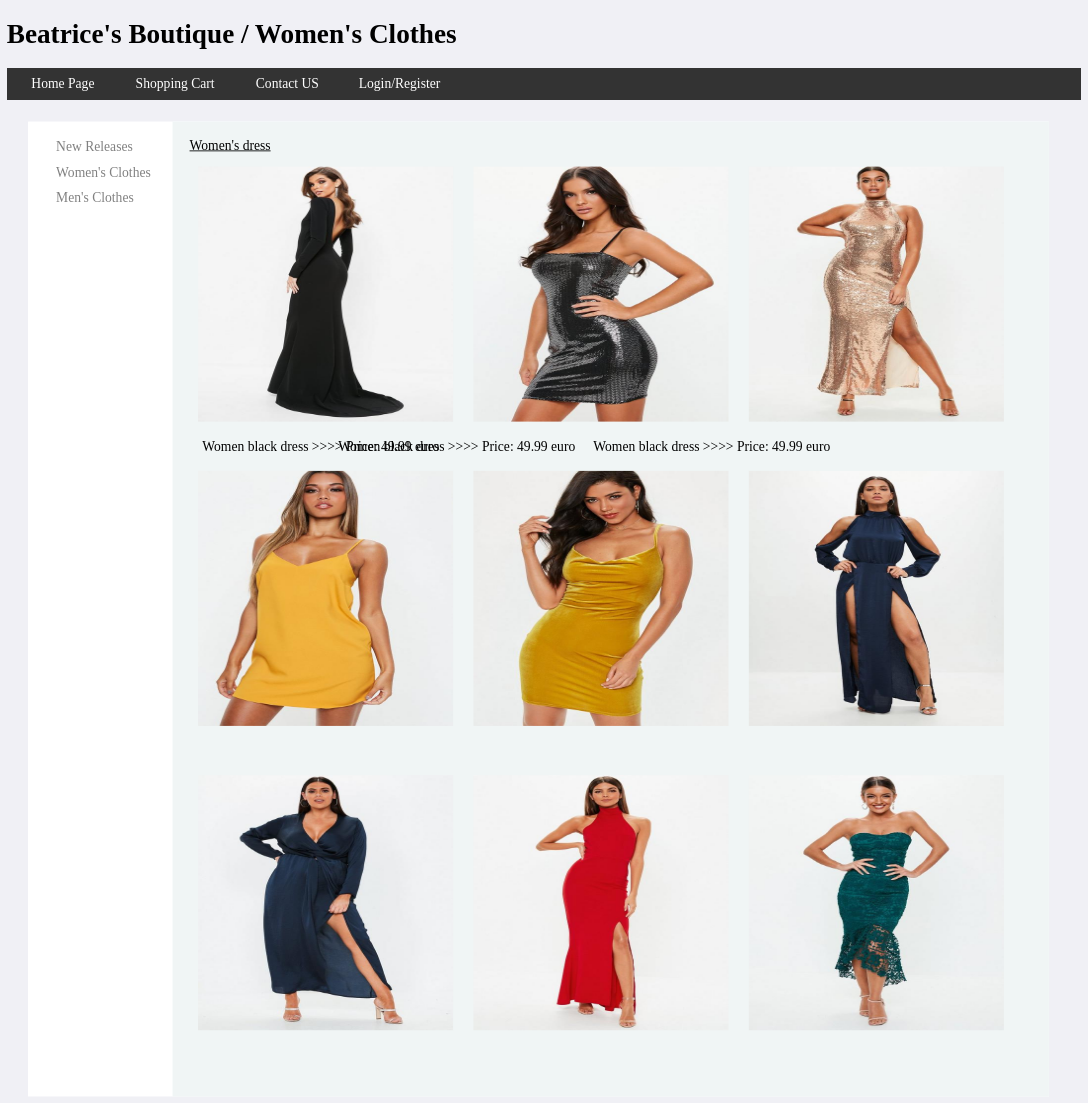
Repository: IosifDobos/Beatrice-Boutique
Page: http://localhost/BeatriceBoutique/womensClothes.jsp
These files come from the project's save history. The page is drawn as it stood at one moment and after the next save; the edit follows.
The browser window is 1280 px wide. The pictures show the whole page, at 85% of full size.
The page is served by Tomcat 9. Other server files are loaded and not shown.

Above is the page before, as saved 2018-12-04 17:41:30.

### BeatriceBoutique/Java/WorkSpace/BeatriceBoutique/WebContent/womensClothes.jsp
<!DOCTYPE html >
<html>
<head>
<meta http-equiv="Content-Type" content="text/html; charset=ISO-8859-1">
<link rel="stylesheet" type="text/css" href="styleSheet.css">
<title>Women's Clothes</title>
</head>
<body>

	<h1>Beatrice's Boutique / Women's Clothes</h1>

	<ul>
		<li><a href="homePage.html">Home Page</a></li>
		<li><a href="shoppingCart.html">Shopping Cart</a></li>
		<li><a href="contact.html">Contact US</a></li>
		<li><a href="login.html">Login/Register</a></li>
	</ul>


	<div class = "container">
		<!-- left side of the container where menu is displayed -->
		<div id="sidemenu">
			<a href="#">New Releases</a>
			<a href="womensClothes.html">Women's Clothes</a>
			<a href="#">Men's Clothes</a>
		</div>
		<!-- right side of the container -->
		<div id="right-side">
			<p><u>Women's dress</u></p>

			<img alt="dress" src="womens-img/black-open-back-maxi-dress.jpg" width="300" height="300" style="margin-left: 10px;">

			<img alt="dress1" src="womens-img/black-sewn-through-disc-bodycon-mini-dress.jpg" width="300" height="300" style="margin-left: 20px;">

			<img alt="dress2" src="womens-img/gold-sequin-choker-maxi-dress.jpg" width="300" height="300" style="margin-left: 20px;">
			<div id="product-1">
				<p>Women black dress >>>>  Price: 49.99 euro</p>
			</div>
			<div id="product-2">
				<p>Women black dress >>>>  Price: 49.99 euro</p>
			</div>
			<div id="product-3">
				<p>Women black dress >>>>  Price: 49.99 euro</p>
			</div>
			<br><br><br><br>
			<img alt="dress3" src="womens-img/mustard-cami-shift-dress.jpg" width="300" height="300" style="margin-left: 10px;">

			<img alt="dress4" src="womens-img/mustard-velvet-cowl-mini-dress.jpg" width="300" height="300" style="margin-left: 20px;">

			<img alt="dress5" src="womens-img/navy-split-front-maxi-dress.jpg" width="300" height="300" style="margin-left: 20px;">

			<br><br><br><br>
			<img alt="dress6" src="womens-img/plus-size-navy-wrap-front-knot-dress.jpg" width="300" height="300" style="margin-left: 10px;">

			<img alt="dress7" src="womens-img/red-choker-maxi-dress.jpg" width="300" height="300" style="margin-left: 20px;">

			<img alt="dress8" src="womens-img/teal-lace-bandeau-bust-cup-midi-dress.jpg" width="300" height="300" style="margin-left: 20px;">

			<br><br><br><br>
		</div>

	</div>

</body>
</html>

### BeatriceBoutique/Java/WorkSpace/BeatriceBoutique/WebContent/styleSheet.css
@charset "UTF-8";

body{
	background-color: #f0f0f5;
}

ul {
	position: -webkit-sticky;
	position: sticky;
    list-style-type: none;
    top: 0;
    margin: 0;
    padding: 0;
    overflow: hidden;
    background-color: #333;
}

li{
	float: left;
}

li a{
	display: block;
	color: white;
	text-align: center;
	padding: 10px 16px;
	text-decoration: none;
	width: 100px;

}

li a:hover {
    background-color: #555;
    color: white;
}

.active {
    background-color: #4CAF50;
    color: white;
}

.container{
	margin-top: 25px;
	margin-left: 25px;
	margin-right: 25px;
	background-color:  white;
	min-height: 400px;
	width: 95%;
}

/*#container:after{
	content: "";
	display: table;
	clear: both;
} */



#sidemenu {
    min-height: 100px;; /* Full-height: remove this if you want "auto" height */
    width: 150px;; /* Set the width of the sidebar */
    position: fixed; /* Fixed Sidebar (stay in place on scroll) */
    z-index: 1; /* Stay on top */
    top: 150px; /* Stay at the top */
    left: 50px;
    background-color: ; /* Black */
    overflow-x: hidden; /* Disable horizontal scroll */
    padding: 8px 0;
}

#sidemenu a {
    padding: 6px 8px 6px 16px;
    text-decoration: none;
    font-size: 16px;
    color: #818181;
    display: block;
}

/* When you mouse over the navigation links, change their color */
#sidemenu a:hover {
    color: #679898;
}

/* Style page content */
#right-side {
    margin-left: 170px; /* Same as the width of the sidebar */
    padding: 3px 5px 20px 20px;
    background-color: #f0f5f5;
    min-height: 300px;
}


/* #right-side{
	float: right;
	margin-right: 20px;
	width: 60%;
} */


#product-1{
	position: absolute;
	margin-left: 15px;
}

#product-2{
	position: absolute;
	margin-left: 175px;
}

#product-3{
	position: absolute;
	margin-left: 475px;
}



/* Responsive layout - when the screen is less than 600px wide, make the two columns stack on top of each other instead of next to each other */
@media screen and (max-width: 600px) {
    .col-25, .col-75, input[type=submit] {
        width: 100%;
        margin-top: 0;
    }
}

@media screen and (max-height: 450px) {
    #sidemenu {padding-top: 15px;}
    #sidemenu a {font-size: 18px;}
}

After the next save:
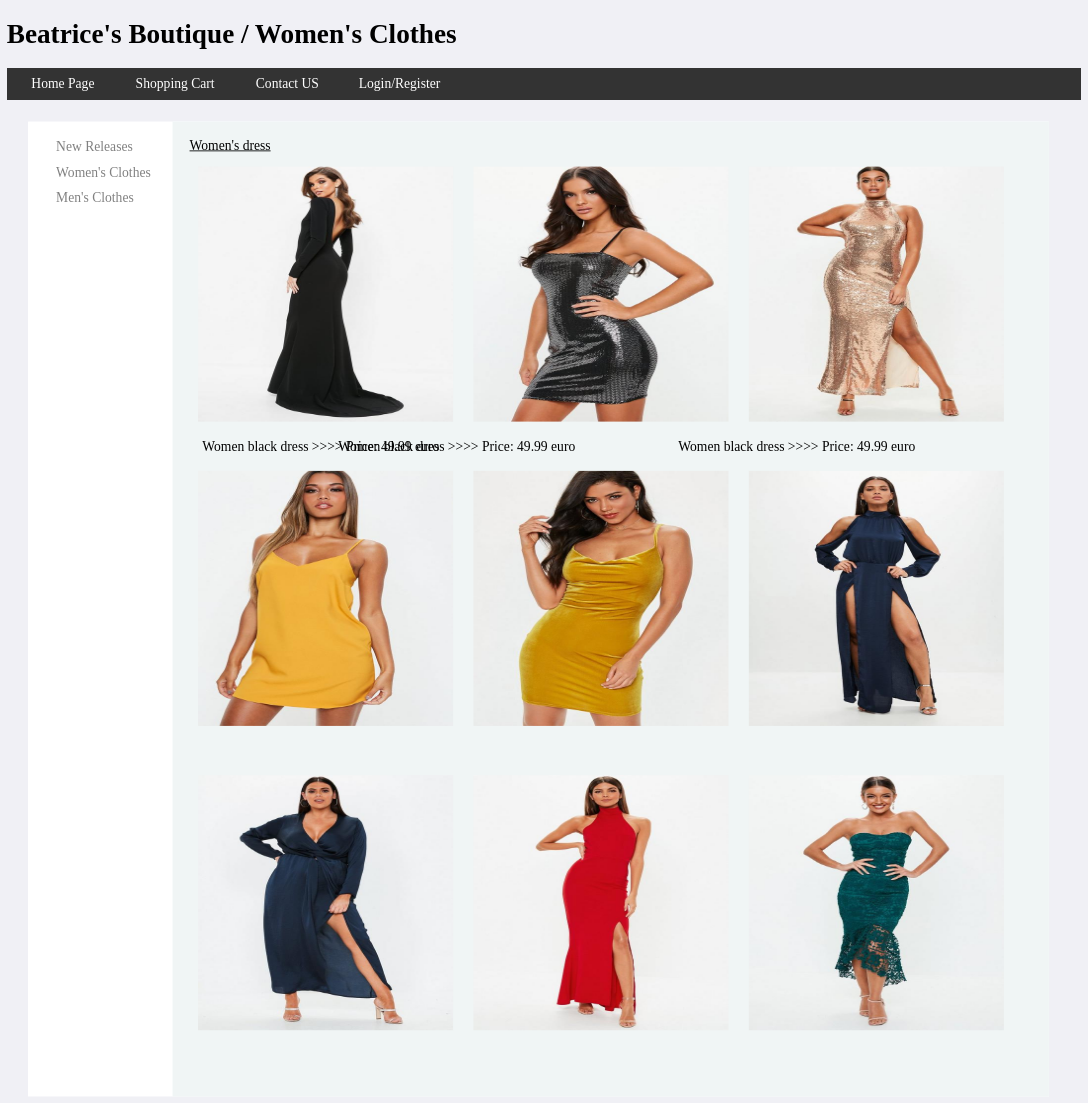
Saved 12 s later.
--- a/BeatriceBoutique/Java/WorkSpace/BeatriceBoutique/WebContent/styleSheet.css
+++ b/BeatriceBoutique/Java/WorkSpace/BeatriceBoutique/WebContent/styleSheet.css
@@ -109,7 +109,7 @@ li a:hover {
 
 #product-3{
 	position: absolute;
-	margin-left: 475px;
+	margin-left: 575px;
 }
 
 
